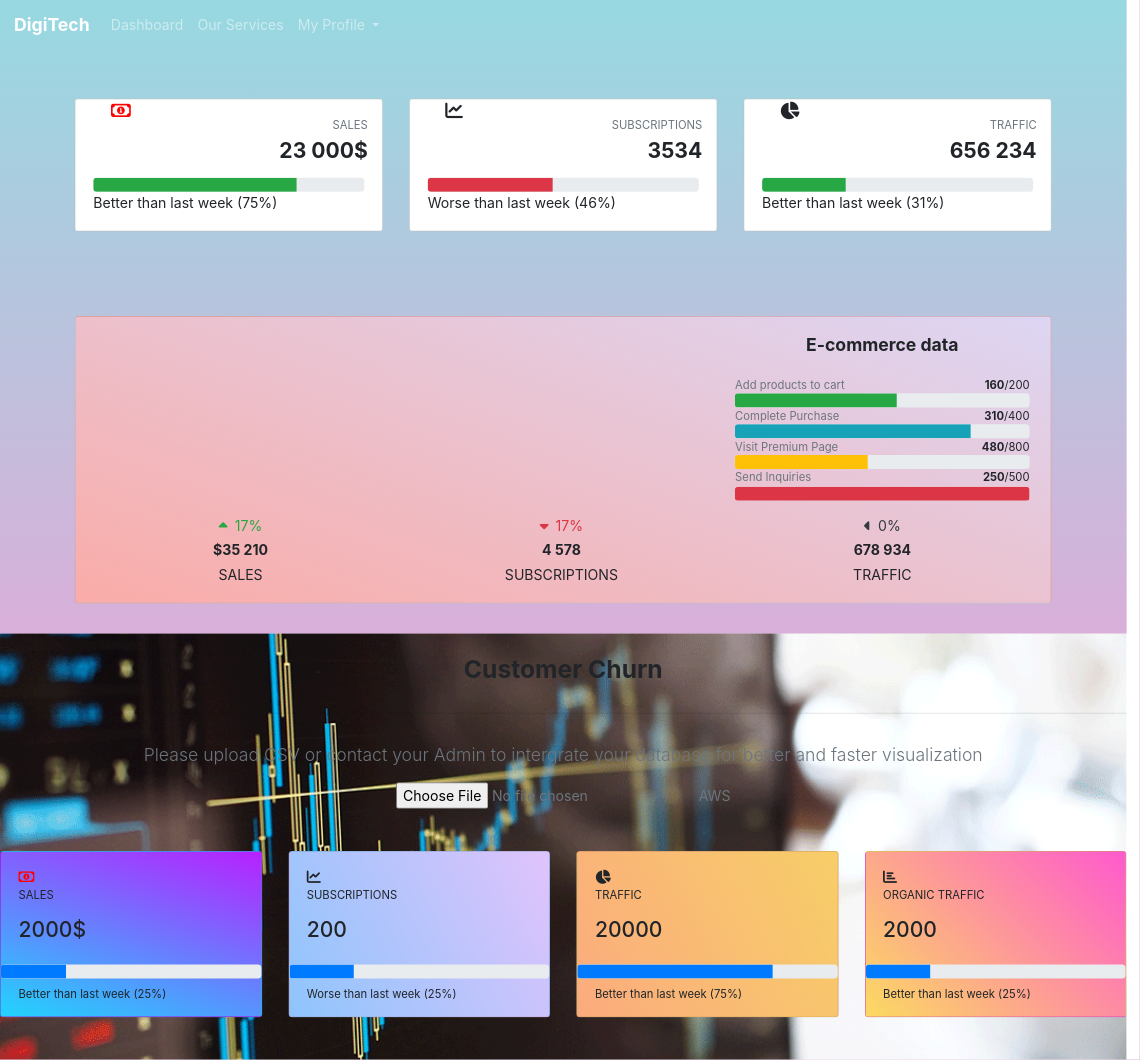
Repository: Tookliin/DigiTech
Page: /profile
These files come from the project's save history. The page is drawn as it stood at one moment and after the next save; the edit follows.
The browser window is 1280 px wide. The page is 1295 px wide, so the pictures cover 1295 px, including what lies to the right of the window. The pictures show the whole page, at 88% of full size.
The project was rebuilt for these pictures with package versions that can differ from the ones it lists, and the page was loaded fresh each time. Also part of the build but not shown: src/components/Dashboard.vue, src/components/Error.vue, src/components/Register.vue, src/components/Organization.vue.

Above is the page before, as saved 2020-07-22 11:49:47.

After the next save:
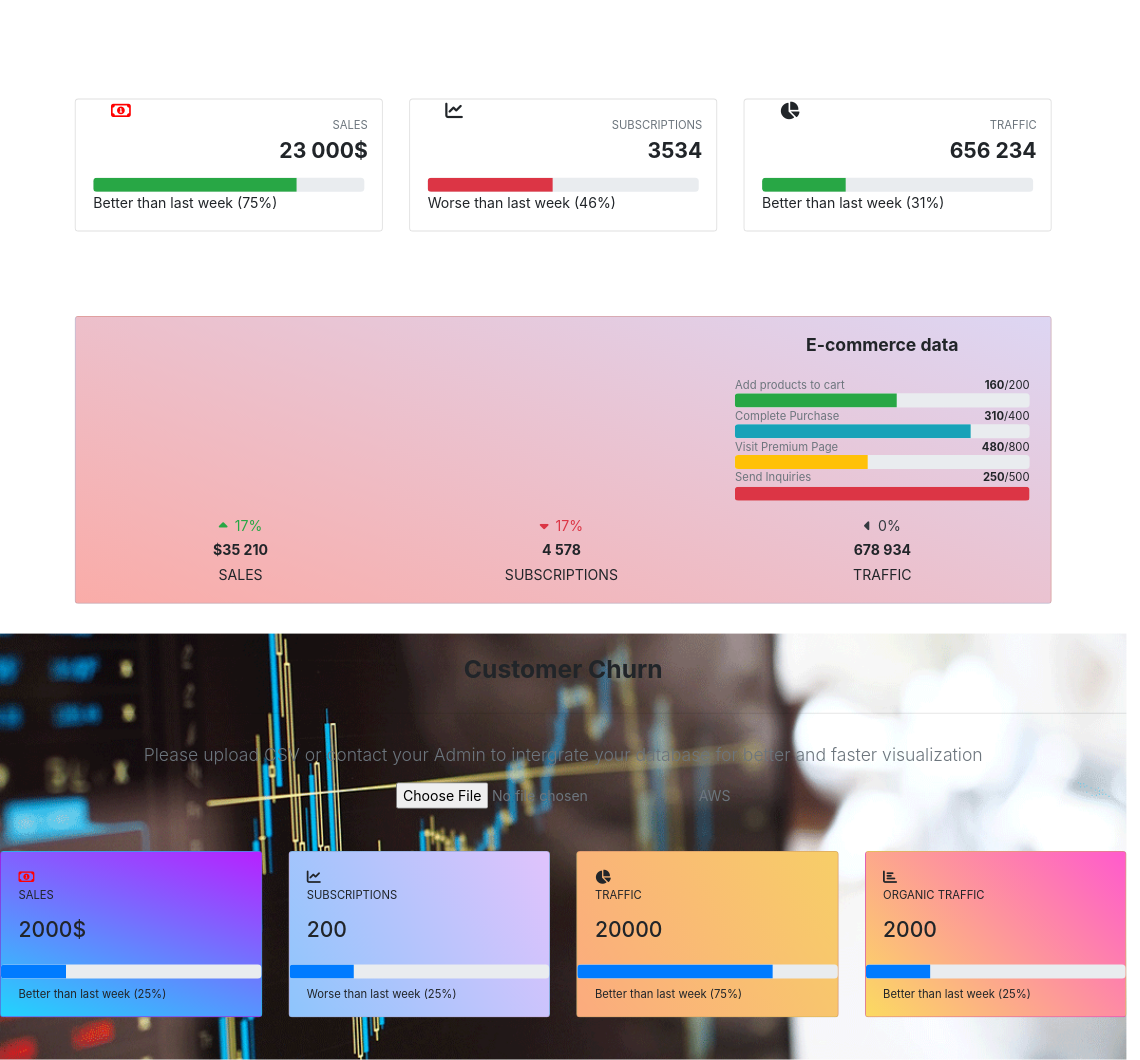
Saved 18 s later.
--- a/src/assets/css/main.css
+++ b/src/assets/css/main.css
@@ -53,11 +53,7 @@
 }
 
 .profile{
-background-color: #D9AFD9;
-background-image: -webkit-linear-gradient(0deg, #D9AFD9 0%, #97D9E1 100%);
-background-image: -moz-linear-gradient(0deg, #D9AFD9 0%, #97D9E1 100%);
-background-image: -o-linear-gradient(0deg, #D9AFD9 0%, #97D9E1 100%);
-background-image: linear-gradient(0deg, #D9AFD9 0%, #97D9E1 100%);
+
 
 }
 

After the save that followed:
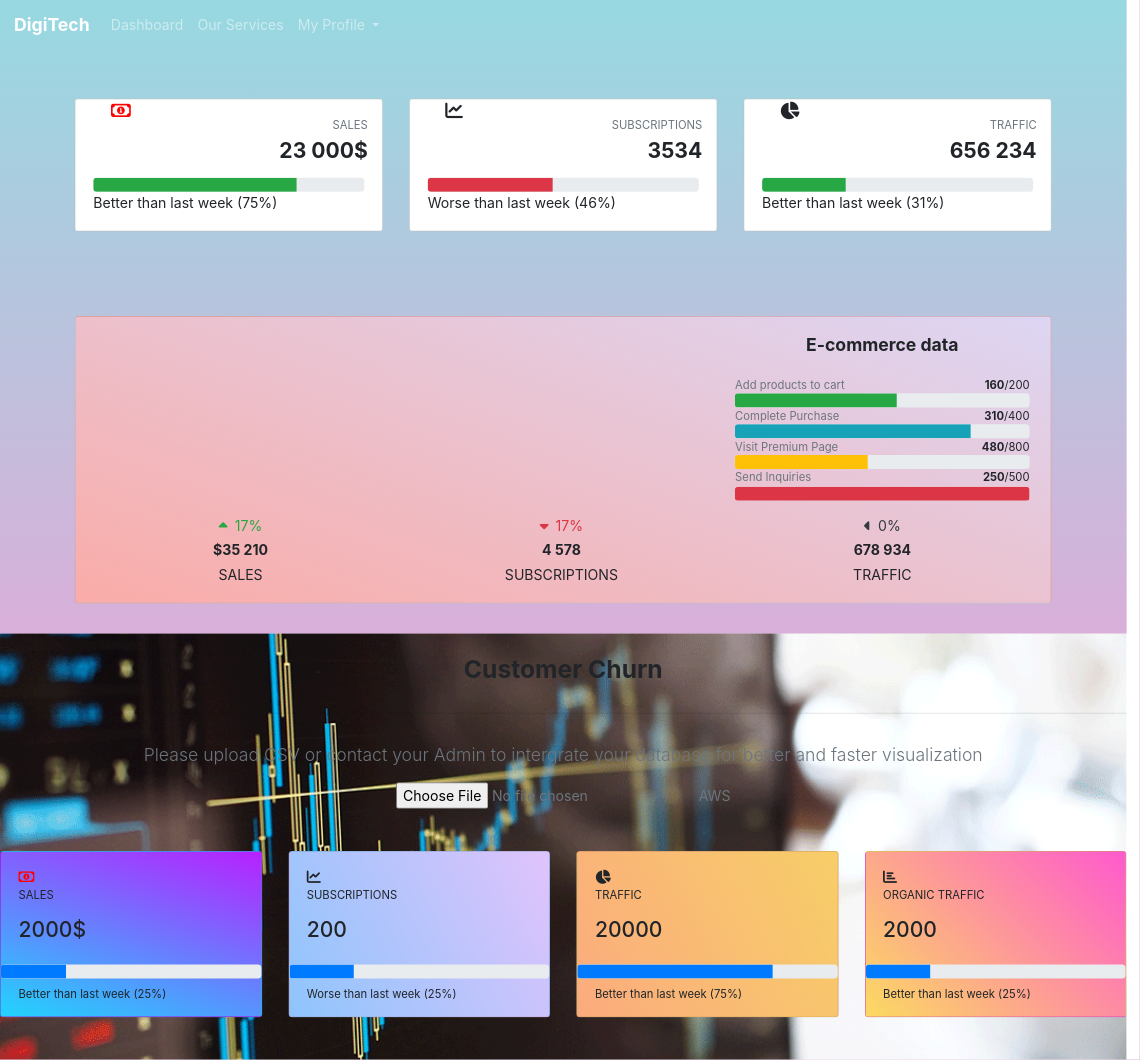
Saved 8 s later.
--- a/src/assets/css/main.css
+++ b/src/assets/css/main.css
@@ -53,7 +53,11 @@
 }
 
 .profile{
-
+background-color: #D9AFD9;
+background-image: -webkit-linear-gradient(0deg, #D9AFD9 0%, #97D9E1 100%);
+background-image: -moz-linear-gradient(0deg, #D9AFD9 0%, #97D9E1 100%);
+background-image: -o-linear-gradient(0deg, #D9AFD9 0%, #97D9E1 100%);
+background-image: linear-gradient(0deg, #D9AFD9 0%, #97D9E1 100%);
 
 }
 
